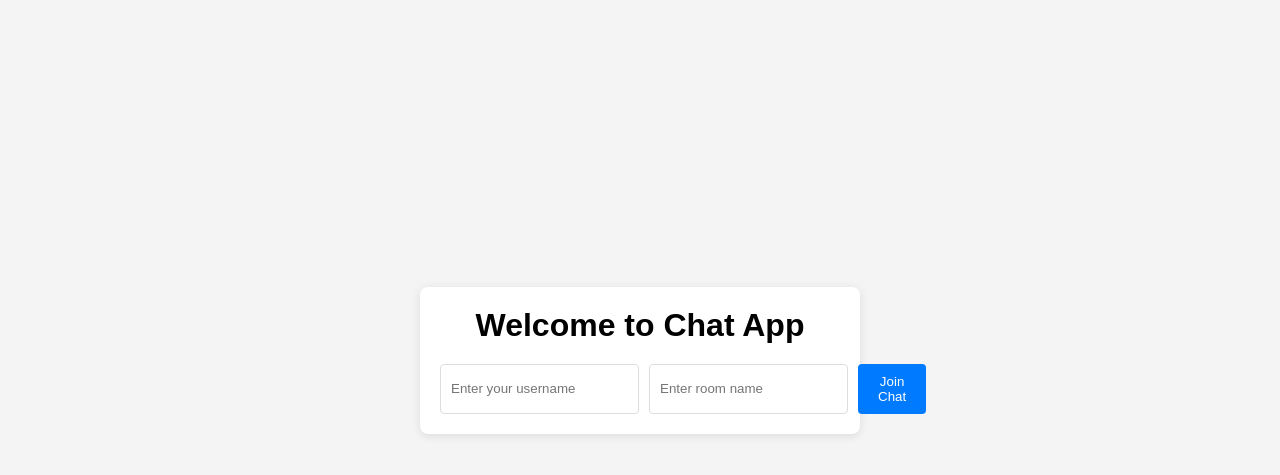
Repository: nikhil-kamboj420/Live-Chat-App
Page: index.html
These files come from the project's save history. The page is drawn as it stood at one moment and after the next save; the edit follows.
The browser window is 1280 px wide. The pictures show the whole page.

Above is the page before, as saved 2024-11-16 16:54:33.

After the next save:
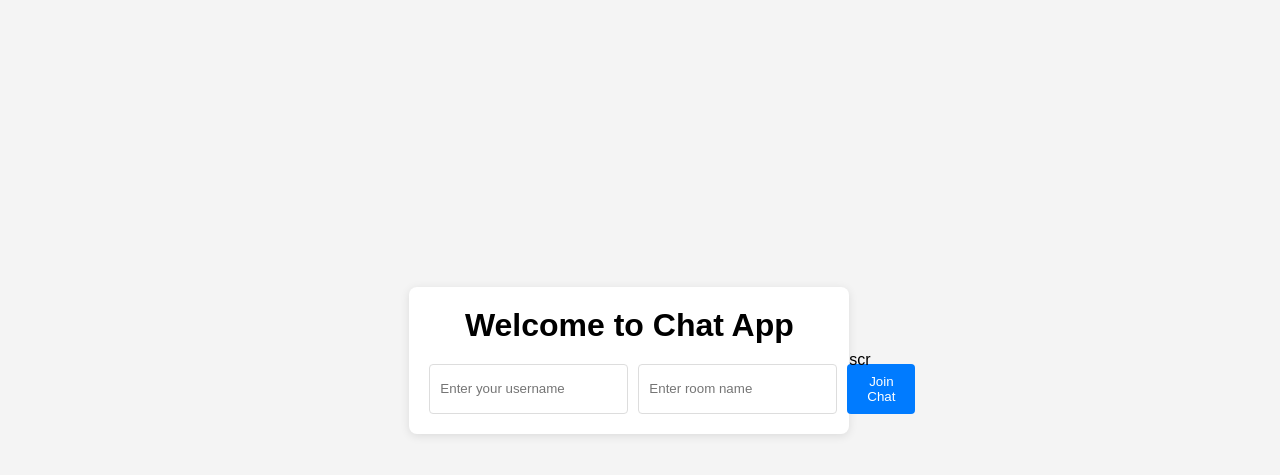
Saved 8 s later.
--- a/index.html
+++ b/index.html
@@ -23,6 +23,6 @@
       window.location.href = `chat.html?username=${username}&room=${room}`;
     });
   </script>
-
+  scr
 </body>
 </html>
